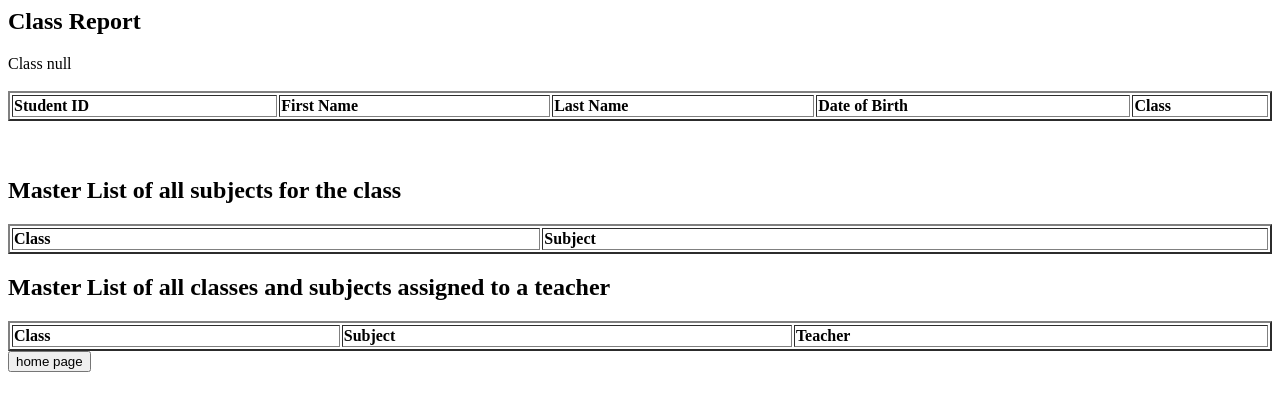
Repository: anithagnana123/Simplilearn_Phase2_project
Page: http://localhost/phase2-project/thereport.jsp
An editor plug-in stored every save of this project. The page is shown before and after the next save, followed by the edit.
The browser window is 1280 px wide. The pictures show the whole page.
The page is served by Tomcat 9. Queries for data that is not in the repository find no rows.

Above is the page before, as saved 2022-10-26 11:45:00.

After the next save:
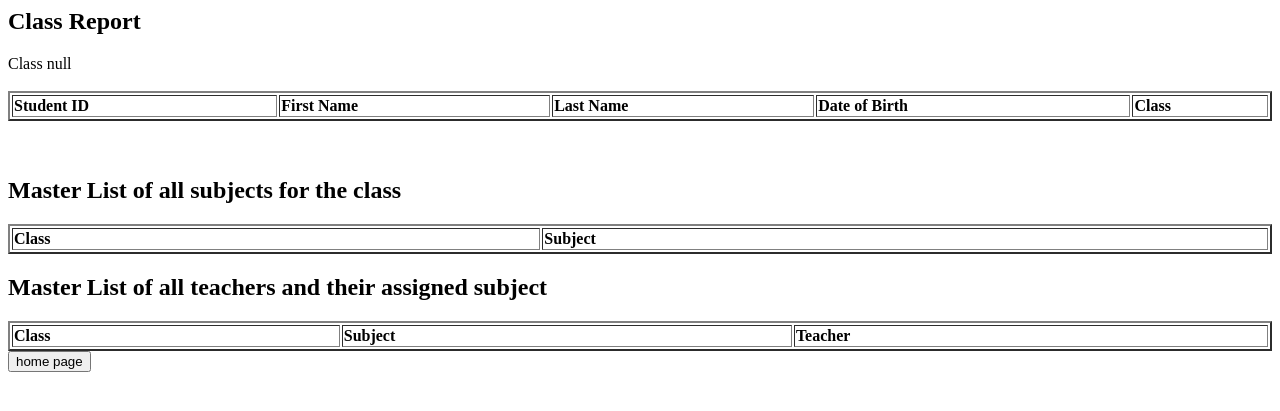
Saved 54 s later.
--- a/phase2-project/src/main/webapp/thereport.jsp
+++ b/phase2-project/src/main/webapp/thereport.jsp
@@ -64,7 +64,7 @@ Class <%=hidden %>
     </c:forEach>
 </table>
 
-<h2>Master List of all classes and subjects assigned to a teacher</h2>
+<h2>Master List of all teachers and their assigned subject</h2>
 <sql:query var="rs" dataSource="${database}">
     SELECT * FROM class_sub_teach order by class_sec asc;
 </sql:query>
